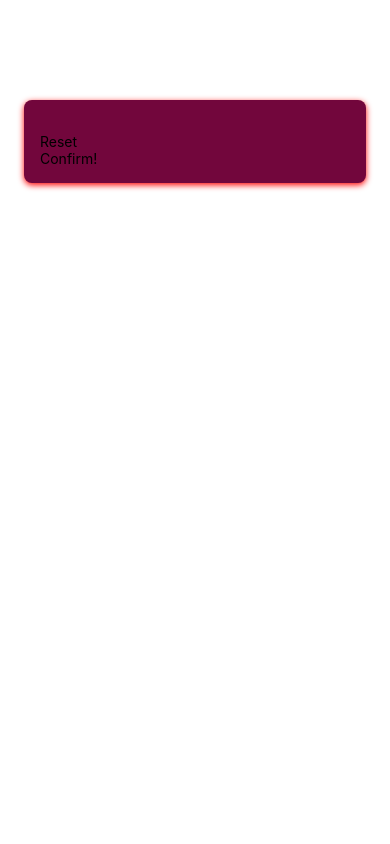
Repository: SyLe-Van/Number-Guessing-Game
Screen: /
An editor plug-in stored every save of this project. The screen is shown before and after the next save, followed by the edit.
The app was drawn by React Native's web renderer in a window 390 px wide. The project was rebuilt for these pictures with package versions that can differ from the ones it lists, and the page was loaded fresh each time.

Above is the screen before, as saved 2024-02-01 23:07:20.

### App.js
import { StyleSheet } from "react-native";

import StartGameScreen from "./screens/StartGameScreen";
export default function App() {
  return <StartGameScreen />;
}

const styles = StyleSheet.create({});

### screens/StartGameScreen.js
import { TextInput, View, StyleSheet } from "react-native";
import PrimaryButton from "../components/PrimaryButton";
function StartGameScreen() {
  return (
    <View style={styles.inputContainer}>
      <TextInput />
      <PrimaryButton>Reset</PrimaryButton>
      <PrimaryButton>Confirm!</PrimaryButton>
    </View>
  );
}
const styles = StyleSheet.create({
  inputContainer: {
    padding: 16,
    marginTop: 100,
    marginHorizontal: 24,
    backgroundColor: "#72063c",
    borderRadius: 8,
    shadowColor: "red",
    shadowOffset: { width: 0, height: 2 },
    shadowRadius: 6,
    shadowOpacity: 1,
  },
});
export default StartGameScreen;

### components/PrimaryButton.js
import { View, Text } from "react-native";
function PrimaryButton({ children }) {
  return (
    <View>
      <Text>{children}</Text>
    </View>
  );
}
export default PrimaryButton;

After the next save:
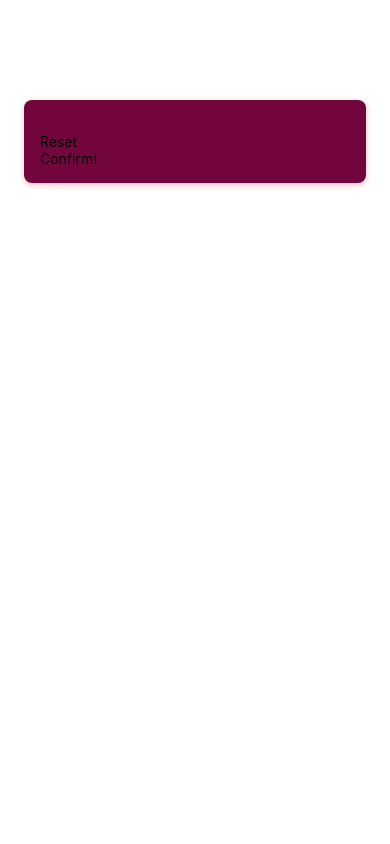
Saved 41 s later.
--- a/screens/StartGameScreen.js
+++ b/screens/StartGameScreen.js
@@ -19,7 +19,7 @@ const styles = StyleSheet.create({
     shadowColor: "red",
     shadowOffset: { width: 0, height: 2 },
     shadowRadius: 6,
-    shadowOpacity: 1,
+    shadowOpacity: 0.25,
   },
 });
 export default StartGameScreen;
